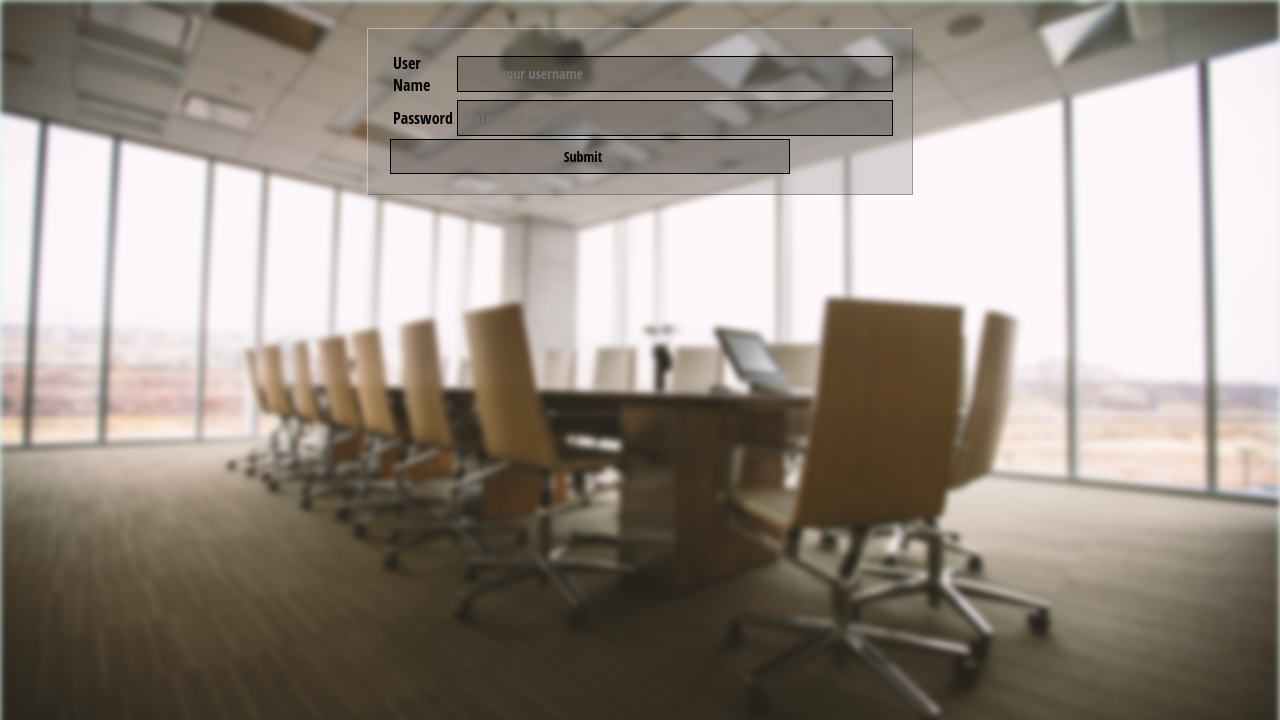
Repository: IT20643218/Employee-Management-System-OOP-Project-20-Y2S2
Page: http://localhost/EmployeeDemo/login.jsp
These files come from the project's save history. The page is drawn as it stood at one moment and after the next save; the edit follows.
The browser window is 1280 px wide. The pictures show the whole page.
Some web fonts or font styles are not loaded; a fallback is used. The page is served by Tomcat 9. Nobody is signed in. The application's start-up code is not run.

Above is the page before, as saved 2021-09-30 12:54:49.

After the next save:
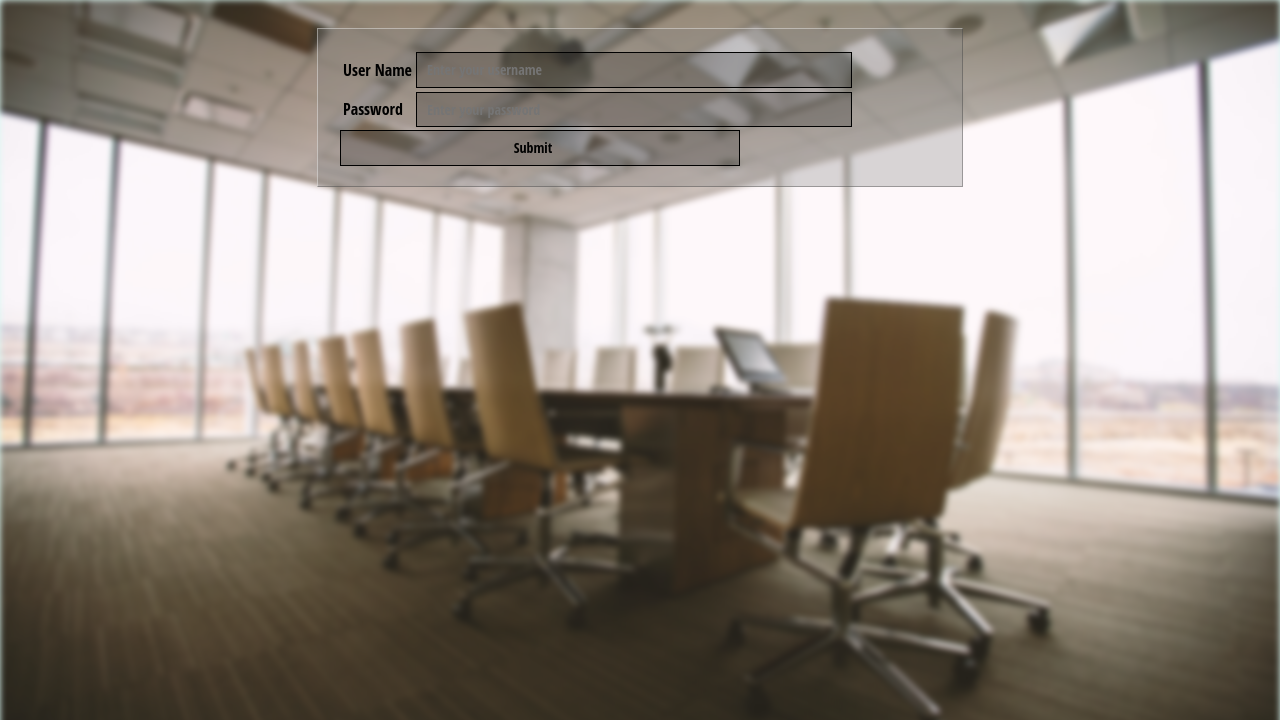
Saved 25 s later.
--- a/Java_Project/EmployeeDemo/src/main/webapp/login.jsp
+++ b/Java_Project/EmployeeDemo/src/main/webapp/login.jsp
@@ -29,7 +29,7 @@ body {
 
 form {
   position: relative;
-  width: 500px;
+  width: 600px;
   margin: 0 auto;
   background: rgba(130,130,130,.3);
   padding: 20px 22px;
